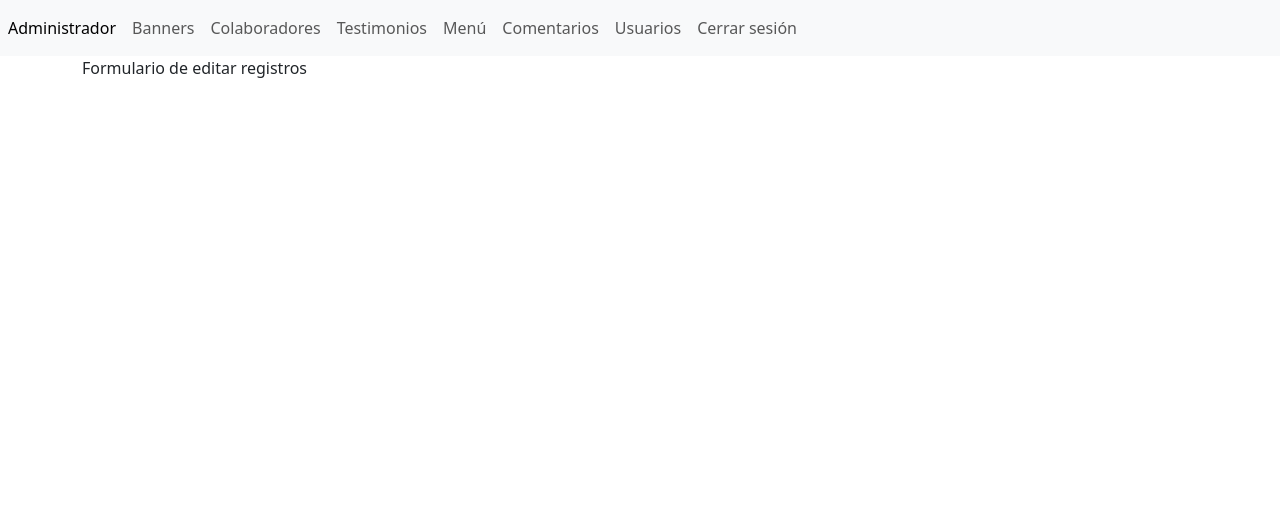
Repository: salextros/Restaurant-Project-PHP-MySQL
Page: http://localhost/restaurant/admin/seccion/banners/editar.php
The author's editor kept a copy of each file at every save. The page is drawn from the files as they stood at one save, then again after the next save.
The browser window is 1280 px wide. The pictures show the whole page.
The page is run by PHP 8.4 with error messages shown; the project is at /var/www/html/.

Above is the page before, as saved 2026-01-19 20:53:50.

### restaurant/admin/seccion/banners/editar.php
<?php include ("../../templates/header.php"); ?>
Formulario de editar registros
<?php include ("../../templates/footer.php"); ?>

### restaurant/admin/templates/header.php
<?php
$url_base = "http://localhost/TRABAJO_FINAL/restaurant/admin/";
?>
<!doctype html>
<html lang="en">

    <head>
        <title>Administrador del sitio web </title>
        <!-- Required meta tags -->
        <meta charset="utf-8" />
        <meta
            name="viewport"
            content="width=device-width, initial-scale=1, shrink-to-fit=no"
        />

        <!-- Bootstrap CSS v5.2.1 -->
        <link
            href="https://cdn.jsdelivr.net/npm/bootstrap@5.3.2/dist/css/bootstrap.min.css"
            rel="stylesheet"
            integrity="sha384-T3c6CoIi6uLrA9TneNEoa7RxnatzjcDSCmG1MXxSR1GAsXEV/Dwwykc2MPK8M2HN"
            crossorigin="anonymous"
        />
    </head>

    <body>
        <header>
            <!-- place navbar here -->
            <nav class="navbar navbar-expand navbar-light bg-light">
                <div class="nav navbar-nav">
                    <a class="nav-item nav-link active" href="#" aria-current="page">Administrador<span class="visually-hidden">(current)</span></a>

                    <a class="nav-item nav-link" href="<?php echo $url_base;?>seccion/banners">Banners</a>
                    <a class="nav-item nav-link" href="<?php echo $url_base;?>seccion/colaboradores">Colaboradores</a>
                    <a class="nav-item nav-link" href="<?php echo $url_base;?>seccion/testimonios">Testimonios</a>
                    <a class="nav-item nav-link" href="<?php echo $url_base;?>seccion/menu">Menú</a>
                    <a class="nav-item nav-link" href="<?php echo $url_base;?>seccion/comentarios">Comentarios</a>
                    <a class="nav-item nav-link" href="<?php echo $url_base;?>seccion/usuarios">Usuarios</a>
                    <a class="nav-item nav-link" href="#">Cerrar sesión</a>

                </div>
            </nav>


        </header>
        <main>
        <section class="container">

### restaurant/admin/templates/footer.php
        </section>
        </main>
        <footer>
            <!-- place footer here -->
        </footer>
        <!-- Bootstrap JavaScript Libraries -->
        <script
            src="https://cdn.jsdelivr.net/npm/@popperjs/core@2.11.8/dist/umd/popper.min.js"
            integrity="sha384-I7E8VVD/ismYTF4hNIPjVp/Zjvgyol6VFvRkX/vR+Vc4jQkC+hVqc2pM8ODewa9r"
            crossorigin="anonymous"
        ></script>

        <script
            src="https://cdn.jsdelivr.net/npm/bootstrap@5.3.2/dist/js/bootstrap.min.js"
            integrity="sha384-BBtl+eGJRgqQAUMxJ7pMwbEyER4l1g+O15P+16Ep7Q9Q+zqX6gSbd85u4mG4QzX+"
            crossorigin="anonymous"
        ></script>
    </body>
</html>

After the next save:
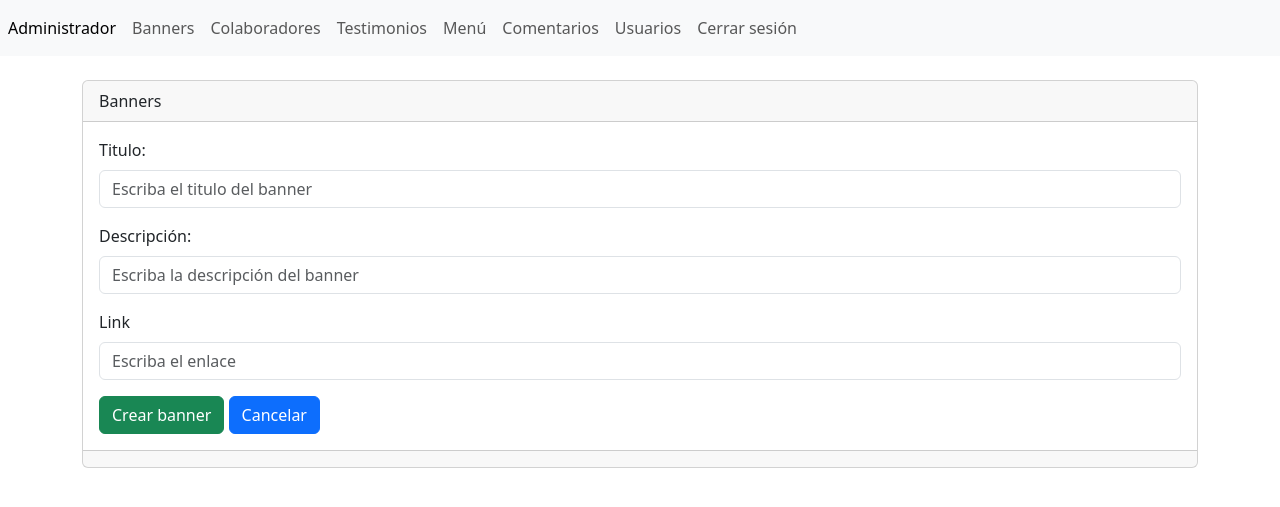
Saved 100 s later.
--- a/restaurant/admin/seccion/banners/editar.php
+++ b/restaurant/admin/seccion/banners/editar.php
@@ -1,3 +1,40 @@
 <?php include ("../../templates/header.php"); ?>
-Formulario de editar registros
+
+<br/>
+
+<div class="card">
+    <div class="card-header"> Banners </div>
+    <div class="card-body">
+
+    <form action="" method="post">
+
+    <div class="mb-3">
+        <label for="titulo" class="form-label">Titulo:</label>
+        <input type="text"
+            class="form-control" name="titulo" id="titulo" aria-describedby="helpId" placeholder="Escriba el titulo del banner"/>
+    </div>
+
+    <div class="mb-3">
+        <label for="descripcion" class="form-label">Descripción:</label>
+        <input type="text"
+            class="form-control" name=descripcion id="descripcion" aria-describedby="helpId" placeholder="Escriba la descripción del banner"/>
+    </div>
+
+    <div class="mb-3">
+        <label for="link" class="form-label">Link</label>
+        <input type="text"
+          class="form-control" name="link" id="link" aria-describedby="helpId" placeholder="Escriba el enlace"/>
+    </div>
+
+    <button type="submit" class="btn btn-success">Crear banner</button>
+    <a name="" id="" class="btn btn-primary" href="index.php" role="button">Cancelar</a>
+
+
+    </form>
+
+    </div>
+    <div class="card-footer text-muted"></div>
+</div>
+
+
 <?php include ("../../templates/footer.php"); ?>
